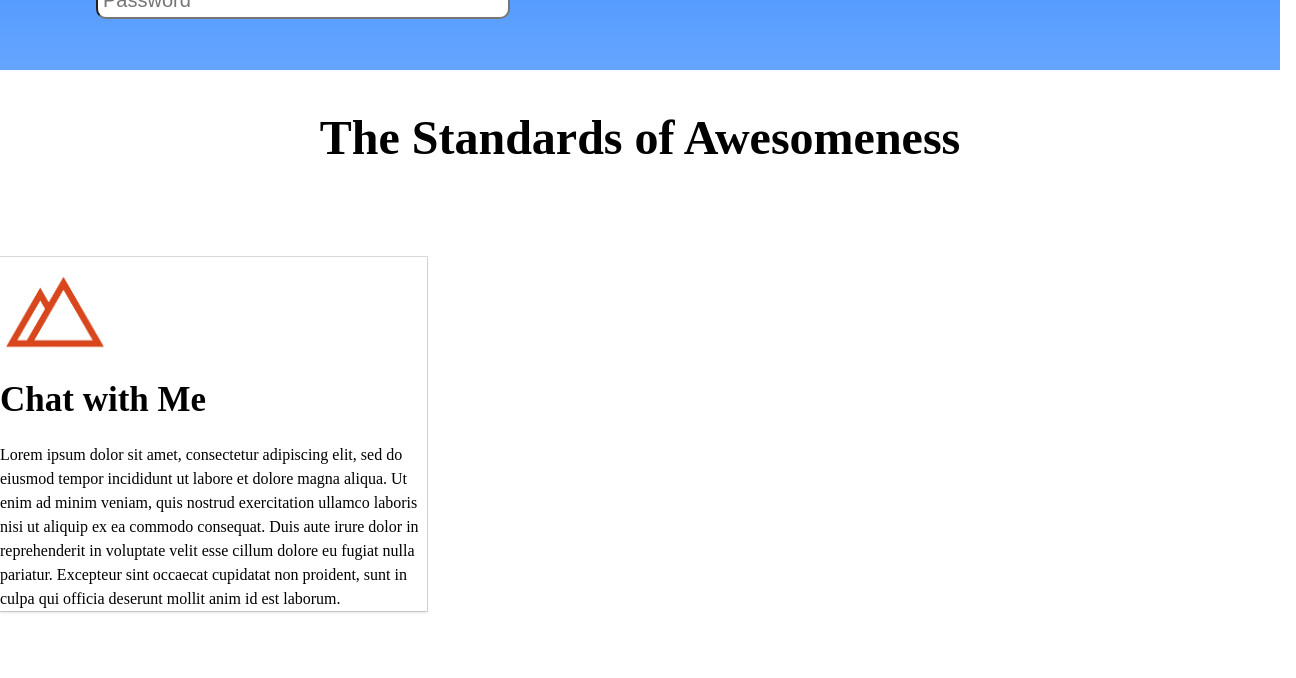
Repository: jesar-enl/My-CSS-Website
Page: index.html
These files come from the project's save history. The page is drawn as it stood at one moment and after the next save; the edit follows.
The browser window is 1280 px wide. The page is 1296 px wide, so the pictures cover 1296 px, including what lies to the right of the window. The pictures show the part of the page from y = 430 to 1108 px (the page is 1108 px tall before and 1036 px after).

Above is the page before, as saved 2022-07-27 12:50:46.

After the next save:
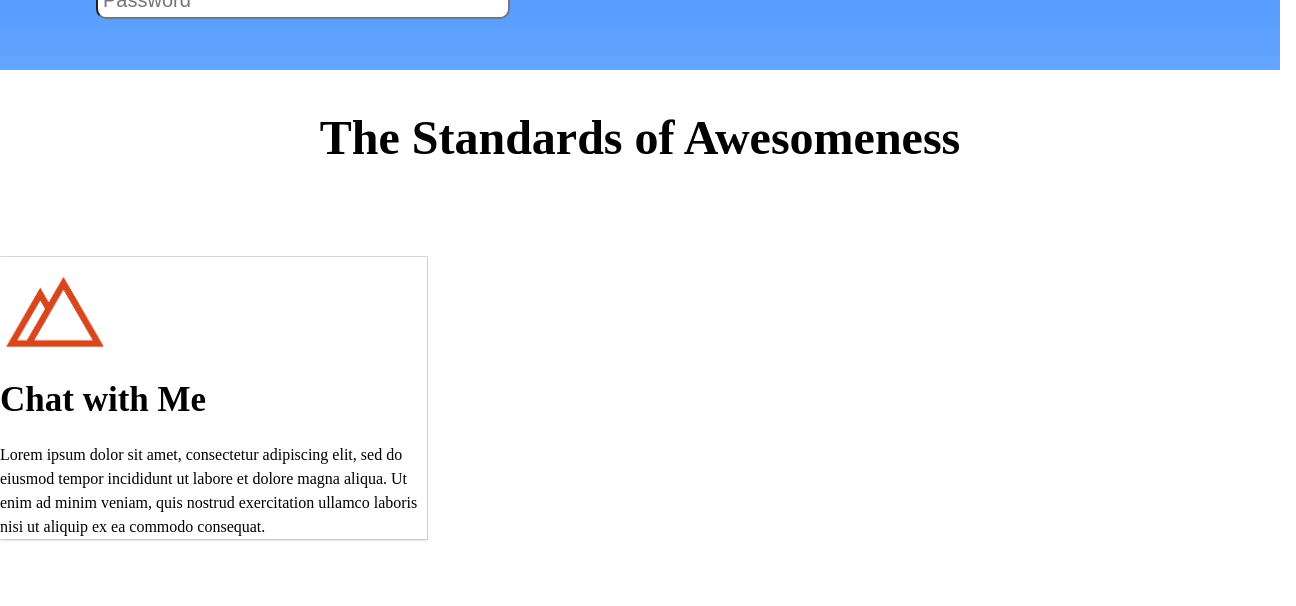
Saved 54 s later.
--- a/index.html
+++ b/index.html
@@ -86,13 +86,7 @@
             </div>
             <label for="">Chat with Me</label>
             <p>
-              Lorem ipsum dolor sit amet, consectetur adipiscing elit, sed do
-              eiusmod tempor incididunt ut labore et dolore magna aliqua. Ut
-              enim ad minim veniam, quis nostrud exercitation ullamco laboris
-              nisi ut aliquip ex ea commodo consequat. Duis aute irure dolor in
-              reprehenderit in voluptate velit esse cillum dolore eu fugiat
-              nulla pariatur. Excepteur sint occaecat cupidatat non proident,
-              sunt in culpa qui officia deserunt mollit anim id est laborum.
+              Lorem ipsum dolor sit amet, consectetur adipiscing elit, sed do eiusmod tempor incididunt ut labore et dolore magna aliqua. Ut enim ad minim veniam, quis nostrud exercitation ullamco laboris nisi ut aliquip ex ea commodo consequat.
             </p>
           </div>
         </div>
